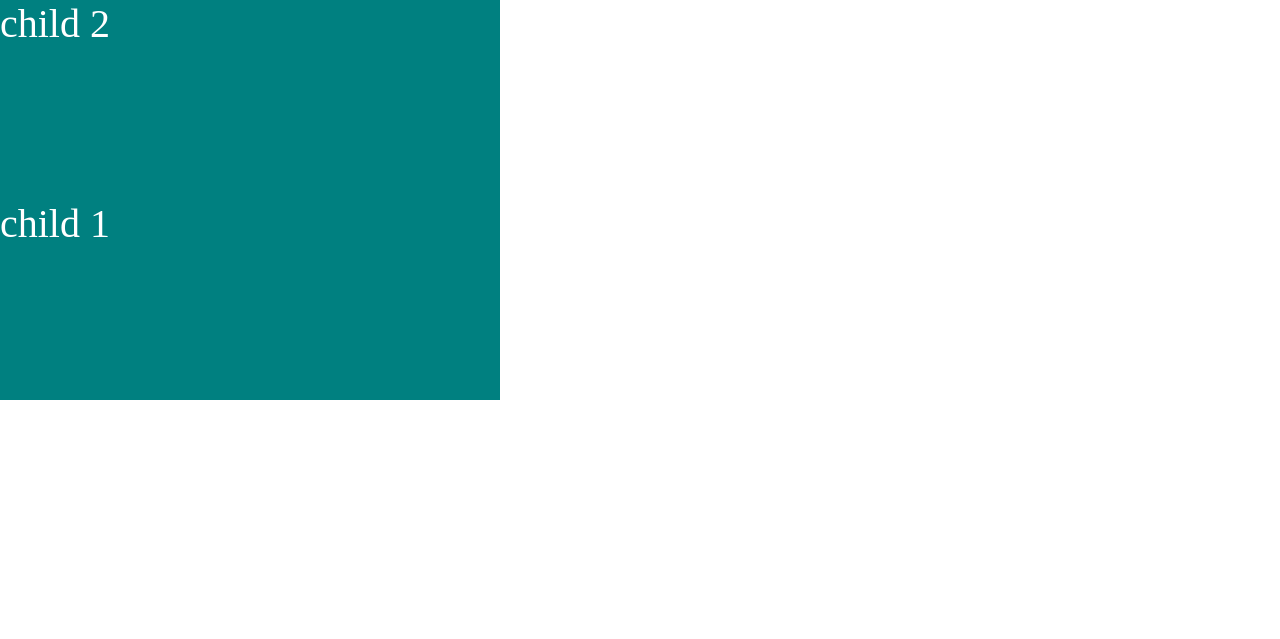
Repository: AytacSafarova/Figma--task
Page: index.html
The author's editor kept a copy of each file at every save. The page is drawn from the files as they stood at one save, then again after a run of saves.
The browser window is 1280 px wide. The pictures show the whole page.

Above is the page before, as saved 2023-08-04 14:52:42.
Console error: ReferenceError: camelcase is not defined

### index.html
<!DOCTYPE html>
<html lang="en">

<head>
    <meta charset="UTF-8">
    <meta name="viewport" content="width=device-width, initial-scale=1.0">
    <title>Document</title>
    <link rel="stylesheet" href="./index.css">
</head>

<body>
    <div class="container">
        <div class="child">child 1</div>
        <div class="child">child 2</div>
    </div>
</body>
<script src="index.js"></script>

</html>

### index.css
@import url("https://fonts.googleapis.com/css2?family=Roboto&family=Roboto+Slab:wght@700&display=swap");
* {
  margin: 0;
  padding: 0;
  box-sizing: border-box;
}
.container {
  /* padding: 214px 0 231px 121px; */
  /* width: 60%; */
  display: flex;
  flex-direction: column-reverse;
}
.container h1 {
  color: #000;
  font-family: Roboto Slab;
  font-size: 55px;
  font-style: normal;
  font-weight: 700;
  line-height: 101.385%;
}
.container ul {
  margin-top: 62px;
  width: 672px;
}
.container ul li {
  color: #000;
  font-family: Roboto;
  font-size: 24px;
  font-style: normal;
  font-weight: 400;
  line-height: 150%;
}

/* tablet style */
@media screen and (max-width:1024px) {
  .container {
    padding: 127px 0 160px 65px;
  }
  .container h1 {
    font-size: 32px;
  }
  .container ul {
    margin-top: 20px;
    width: 398px;
  }
  .container ul li {
    font-size: 14px;
  }
}

/* mobile style */
@media screen and (max-width: 768px) {

}


span{
  background-color: violet;
  /* display: inline; */
}
.child{
  background-color: teal;
  width: 500px;
  height: 200px;
  margin-right: 20px;

  color: white;
  font-size: 40px;
}

### index.js
let a=4
a=a+2
a+=2
let userName
camelcase
// kebab case

After the next 2 saves:
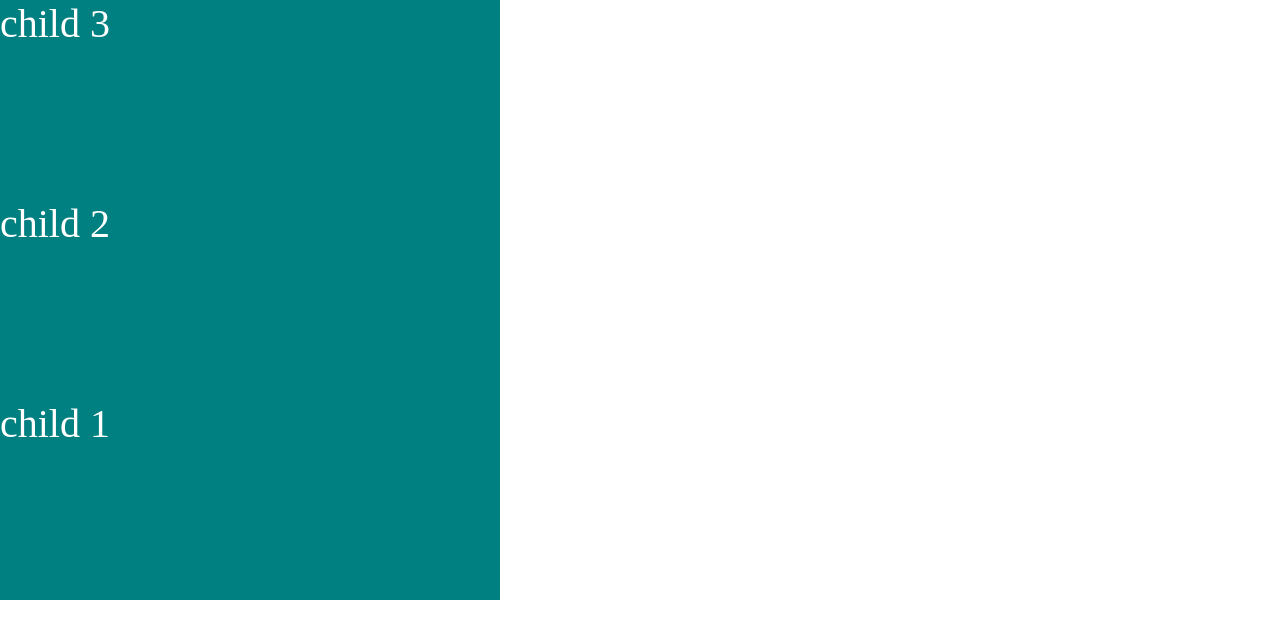
The 2 saves are shown as one change because they came seconds apart.
The last was saved 50 s later.
--- a/index.html
+++ b/index.html
@@ -12,6 +12,8 @@
     <div class="container">
         <div class="child">child 1</div>
         <div class="child">child 2</div>
+        <div class="child">child 3</div>
+
     </div>
 </body>
 <script src="index.js"></script>
